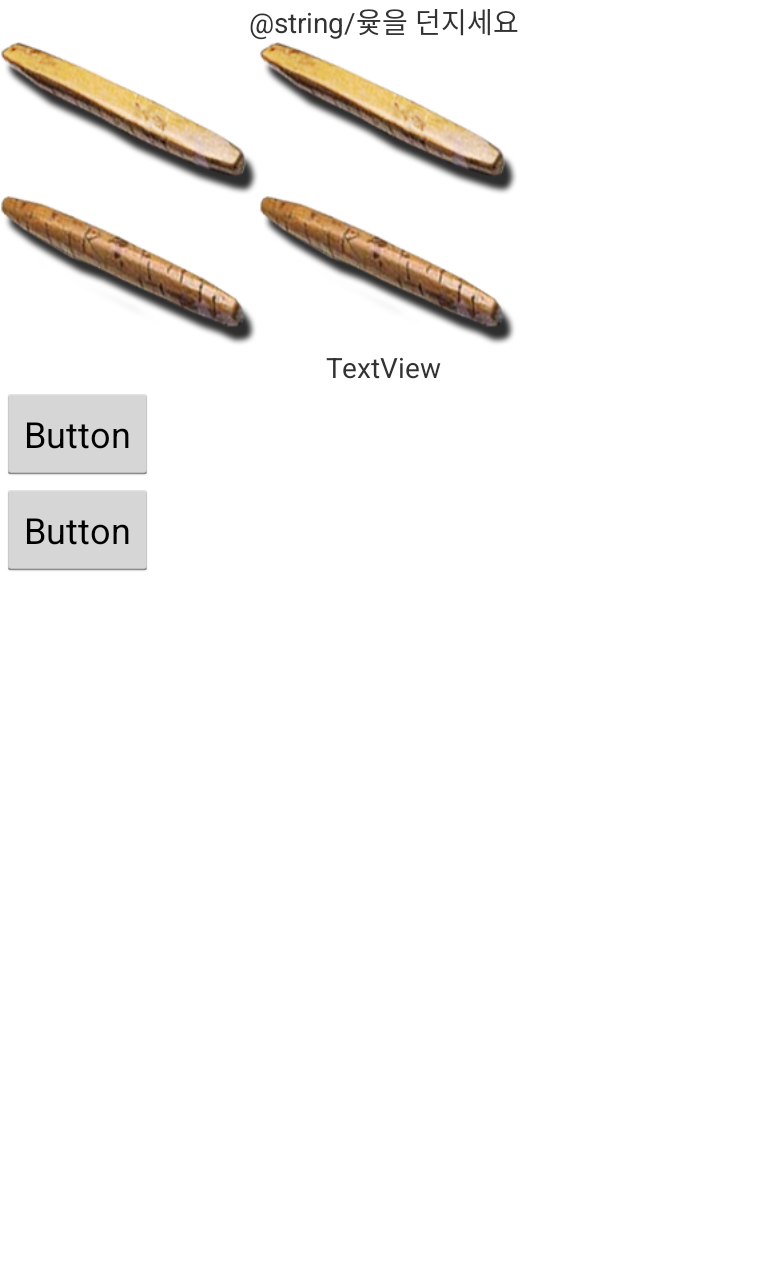
Repository: supremehappy/Android
Layout: Yutgame/res/layout/activity_main.xml
An editor plug-in stored every save of this project. The layout is shown before and after the next save, followed by the edit.
It is drawn on a 768 x 1280 px phone screen (xhdpi) without system bars, with theme AppTheme; the app's code is not run.

Above is the layout before, as saved 2017-08-24 07:05:52.

### Yutgame/res/layout/activity_main.xml
<LinearLayout xmlns:android="http://schemas.android.com/apk/res/android"
    xmlns:tools="http://schemas.android.com/tools"
    android:id="@+id/LinearLayout1"
    android:layout_width="match_parent"
    android:layout_height="match_parent"
    android:orientation="vertical"
    tools:context="${relativePackage}.${activityClass}" >

    <TextView
        android:layout_width="fill_parent"
        android:layout_height="wrap_content"
        android:layout_gravity="center"
        android:gravity="center"
        android:text="@string/윷을 던지세요" />

    <LinearLayout
        android:layout_width="match_parent"
        android:layout_height="wrap_content" >

        <ImageView
            android:id="@+id/img_yut1"
            android:layout_width="wrap_content"
            android:layout_height="wrap_content"
            android:src="@drawable/yut_0" />

        <ImageView
            android:id="@+id/img_yut2"
            android:layout_width="wrap_content"
            android:layout_height="wrap_content"
            android:src="@drawable/yut_0" />

    </LinearLayout>

    <LinearLayout
        android:layout_width="match_parent"
        android:layout_height="wrap_content" >

        <ImageView
            android:id="@+id/img_yut3"
            android:layout_width="wrap_content"
            android:layout_height="wrap_content"
            android:src="@drawable/yut_1" />

        <ImageView
            android:id="@+id/img_yut4"
            android:layout_width="wrap_content"
            android:layout_height="wrap_content"
            android:src="@drawable/yut_1" />

    </LinearLayout>

    <LinearLayout
        android:layout_width="match_parent"
        android:layout_height="wrap_content"
        android:orientation="vertical" >

        <TextView
            android:id="@+id/txt_result"
            android:layout_width="wrap_content"
            android:layout_height="wrap_content"
            android:layout_gravity="center"
            android:gravity="center"
            android:text="TextView" />

    </LinearLayout>

    <LinearLayout
        android:layout_width="match_parent"
        android:layout_height="wrap_content"
        android:orientation="vertical" >

        <Button
            android:id="@+id/btn_start"
            android:layout_width="wrap_content"
            android:layout_height="wrap_content"
            android:text="Button" />

        <Button
            android:id="@+id/btn_end"
            android:layout_width="wrap_content"
            android:layout_height="wrap_content"
            android:text="Button" />

    </LinearLayout>

</LinearLayout>

Loaded but not shown: Yutgame/res/values/styles.xml (common file); Yutgame/res/values-v11/styles.xml (common file); Yutgame/res/values-v14/styles.xml (common file)

After the next save:
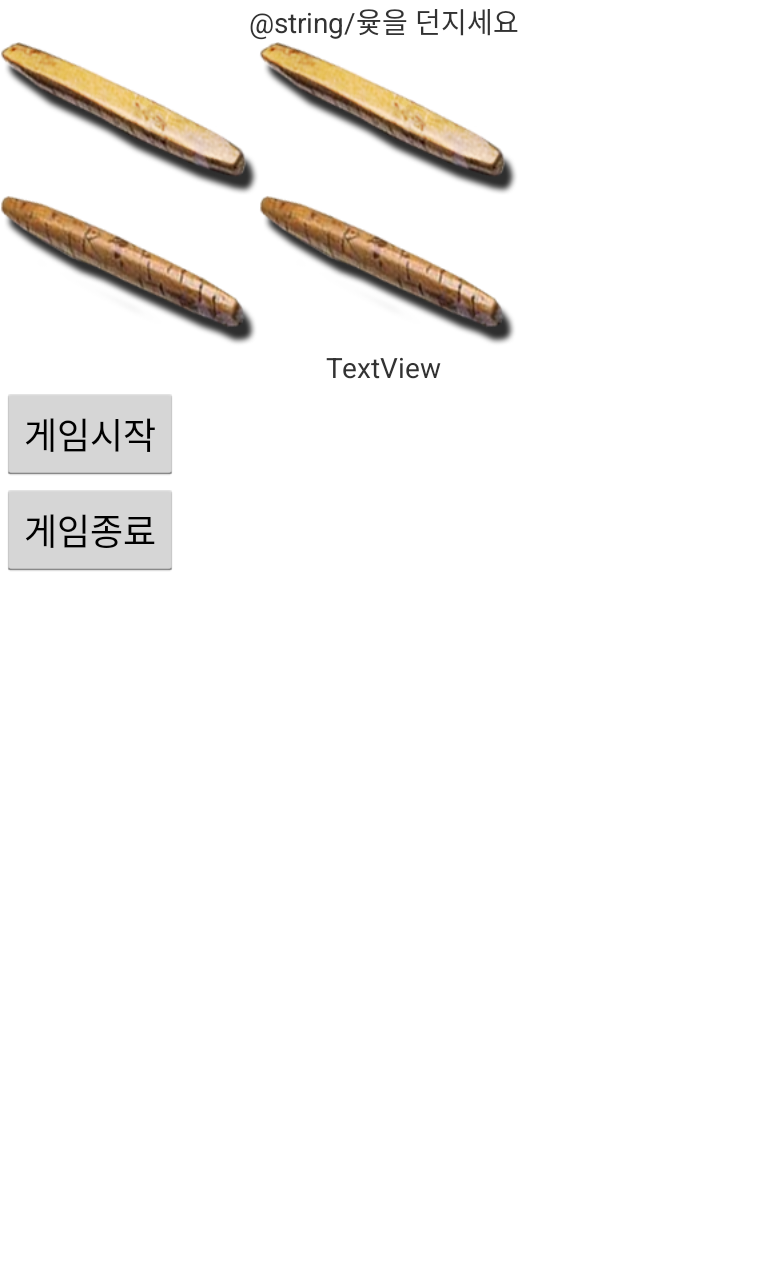
Saved 2 s later.
--- a/Yutgame/res/layout/activity_main.xml
+++ b/Yutgame/res/layout/activity_main.xml
@@ -28,7 +28,6 @@
             android:layout_width="wrap_content"
             android:layout_height="wrap_content"
             android:src="@drawable/yut_0" />
-
     </LinearLayout>
 
     <LinearLayout
@@ -46,7 +45,6 @@
             android:layout_width="wrap_content"
             android:layout_height="wrap_content"
             android:src="@drawable/yut_1" />
-
     </LinearLayout>
 
     <LinearLayout
@@ -61,26 +59,26 @@
             android:layout_gravity="center"
             android:gravity="center"
             android:text="TextView" />
-
     </LinearLayout>
 
     <LinearLayout
+        android:id="@+id/LinearLayout2"
         android:layout_width="match_parent"
         android:layout_height="wrap_content"
         android:orientation="vertical" >
 
-        <Button
-            android:id="@+id/btn_start"
-            android:layout_width="wrap_content"
-            android:layout_height="wrap_content"
-            android:text="Button" />
-
-        <Button
-            android:id="@+id/btn_end"
-            android:layout_width="wrap_content"
-            android:layout_height="wrap_content"
-            android:text="Button" />
-
     </LinearLayout>
 
+    <Button
+        android:id="@+id/btn_start"
+        android:layout_width="wrap_content"
+        android:layout_height="wrap_content"
+        android:text="게임시작" />
+
+    <Button
+        android:id="@+id/btn_end"
+        android:layout_width="wrap_content"
+        android:layout_height="wrap_content"
+        android:text="게임종료" />
+
 </LinearLayout>
